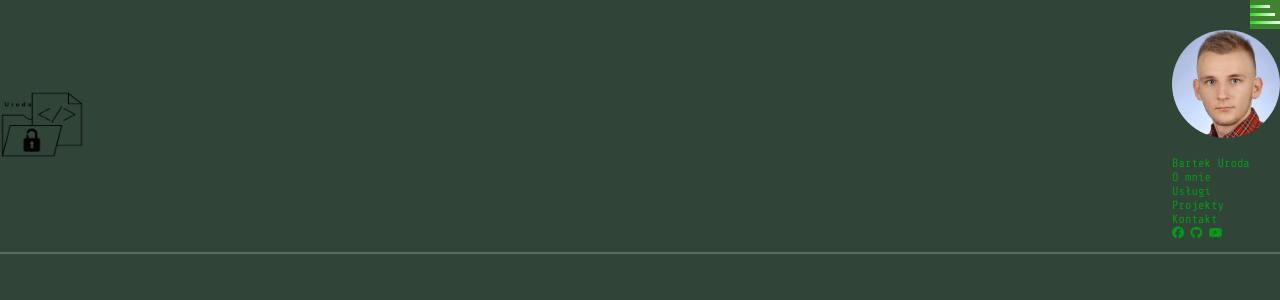
Repository: BartekUroda/portfolio
Page: index.html
An editor plug-in stored every save of this project. The page is shown before and after the next save, followed by the edit.
The browser window is 1280 px wide. The pictures show the whole page.
Some web libraries are served in a nearby version.

Above is the page before, as saved 2020-10-26 21:32:42.

After the next save:
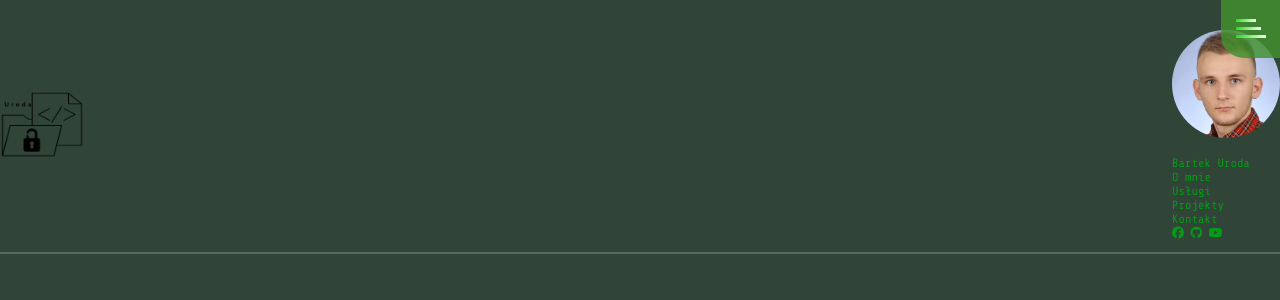
Saved 72 s later.
--- a/css/style.css
+++ b/css/style.css
@@ -99,6 +99,8 @@ nav {
     right: 0;
     top: 0;
     background-color: rgba(67, 145, 47, 0.815);
+    padding: 1.2rem;
+    border-radius: 0% 0% 0% 40%;
 }
 .profile-pic {
     height: 9rem;
